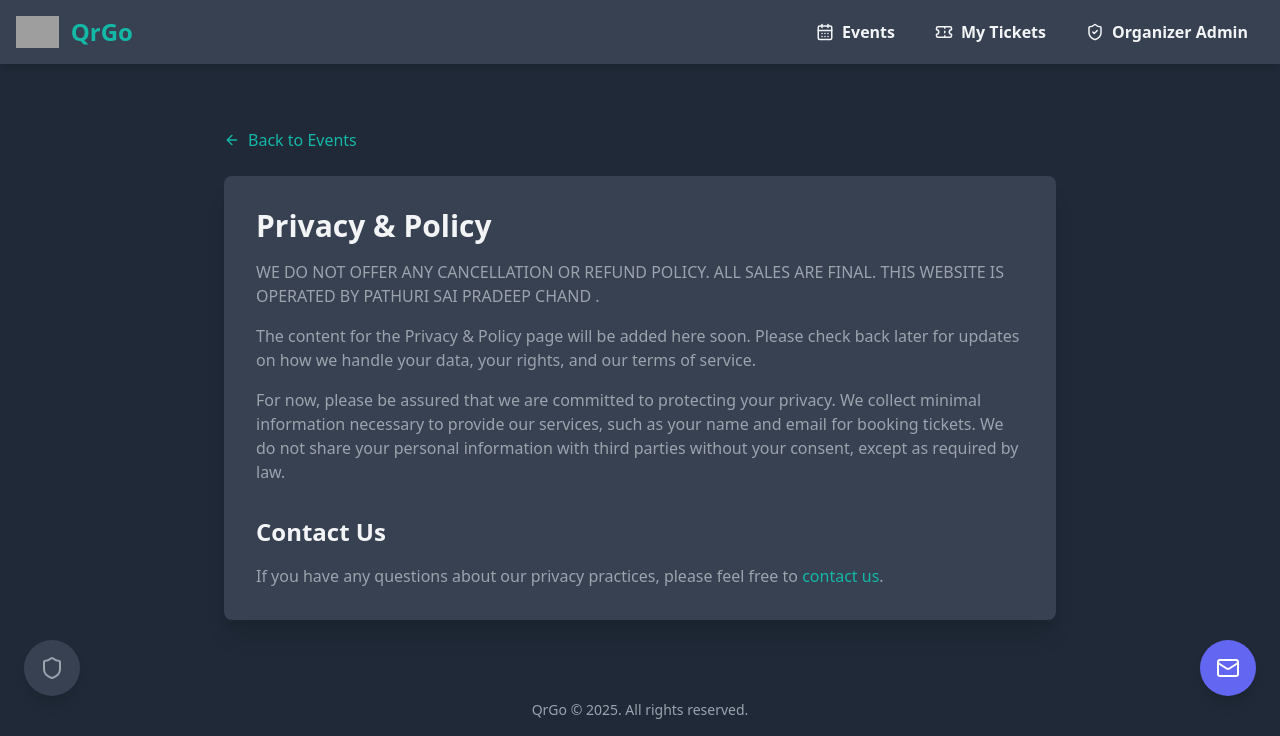
Repository: Dhakshin2007/QrGo
Page: /#/privacy-policy
These files come from the project's save history. The page is drawn as it stood at one moment and after the next save; the edit follows.
The browser window is 1280 px wide. The pictures show the whole page.
Pictures or frames that could not be fetched are drawn as grey boxes. Some web libraries are served in a nearby version. The project was rebuilt for these pictures with package versions that can differ from the ones it lists, and the page was loaded fresh each time. Also part of the build but not shown: vite.config.ts, components/EventCard.tsx, pages/HomePage.tsx, pages/BookingPage.tsx, components/TicketCard.tsx, pages/MyTicketsPage.tsx, services/aiService.ts, pages/AdminPage.tsx.

Above is the page before, as saved 2025-08-10 12:52:41.

After the next save:
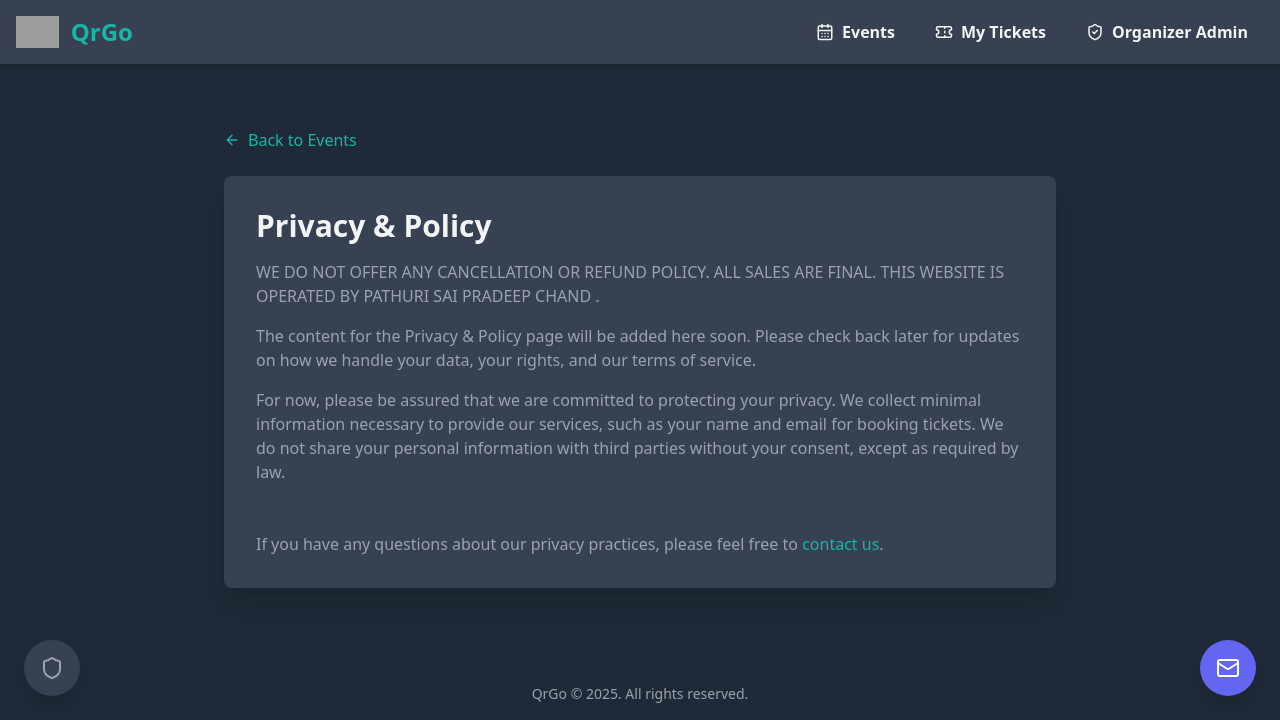
Saved 62 s later.
--- a/pages/PrivacyPolicyPage.tsx
+++ b/pages/PrivacyPolicyPage.tsx
@@ -24,7 +24,7 @@ const PrivacyPolicyPage: React.FC = () => {
             For now, please be assured that we are committed to protecting your privacy. We collect minimal information necessary to provide our services, such as your name and email for booking tickets.
             We do not share your personal information with third parties without your consent, except as required by law.
           </p>
-          <h2 className="text-2xl font-semibold text-on-surface pt-4">Contact Us</h2>
+          <h2 className="text-2xl font-semibold text-on-surface pt-4"></h2>
           <p>
             If you have any questions about our privacy practices, please feel free to <a href="mailto:kothadhakshin123@gmail.com" className="text-primary hover:underline">contact us</a>.
           </p>
